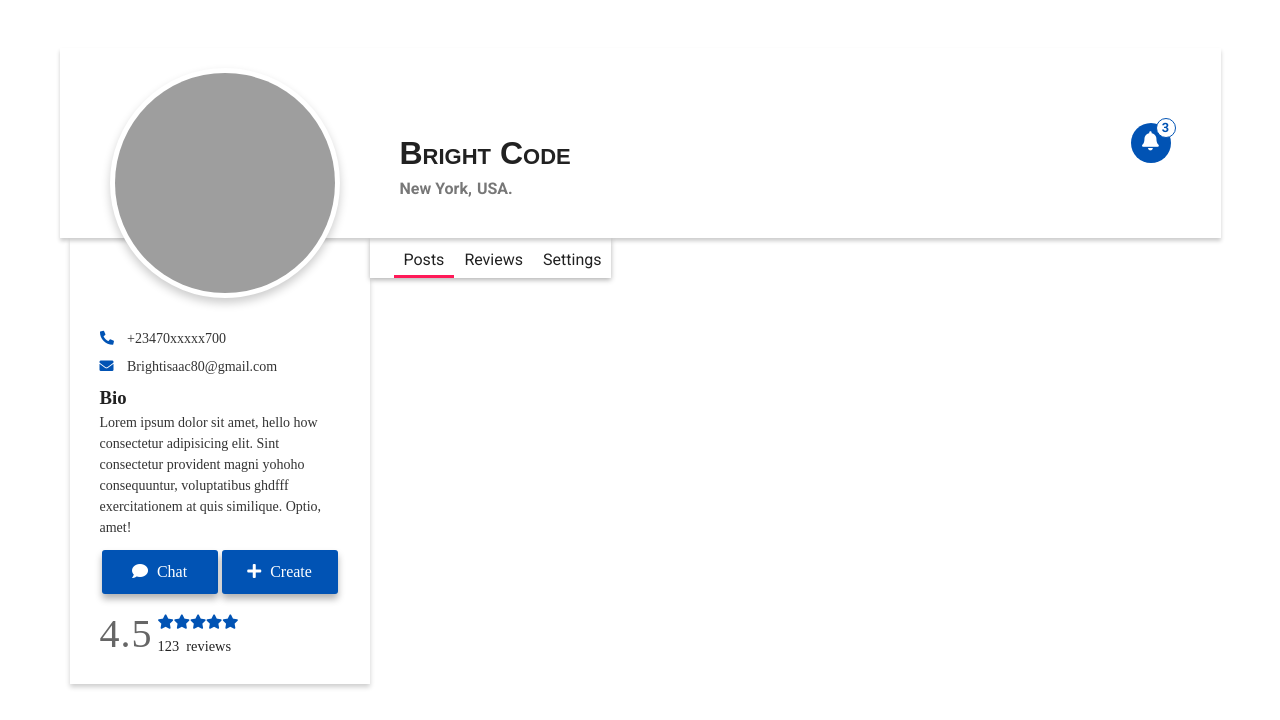
Repository: akinsikuoluwafemi/Pats_userAuth
Page: /userinfo
The author's editor kept a copy of each file at every save. The page is drawn from the files as they stood at one save, then again after the next save.
The browser window is 1280 px wide. The pictures show the whole page.
Pictures or frames that could not be fetched are drawn as grey boxes. The project was rebuilt for these pictures with package versions that can differ from the ones it lists, and the page was loaded fresh each time. Also part of the build but not shown: vue.config.js, src/views/Home.vue, src/components/Login.vue, src/components/Signup.vue.

Above is the page before, as saved 2020-11-05 01:49:20.

### src/App.vue
<template>
  <v-app>


    <v-main>
      <router-view></router-view>
    </v-main>
  </v-app>
</template>

<script>

export default {
  name: 'App',

  components: {

},

  data: () => ({
    //
  }),
};
</script>

### src/router/index.js
import Vue from 'vue'
import VueRouter from 'vue-router'
import Home from '../views/Home.vue'
import Login from '../components/Login.vue'
import Signup from "../components/Signup.vue";
import UserInfo from "../components/UserInfo.vue";


Vue.use(VueRouter)

const routes = [
  {
    path: "/",
    name: "Home",
    component: Home,
  },
  {
    path: "/login",
    name: "Login",
    component: Login,
  },

  {
    path: "/signup",
    name: "Signup",
    component: Signup,
  },

  {
    path: "/userinfo",
    name: "Userinfo",
    component: UserInfo,
  },
  {
    path: "/about",
    name: "About",
    // route level code-splitting
    // this generates a separate chunk (about.[hash].js) for this route
    // which is lazy-loaded when the route is visited.
    component: () =>
      import(/* webpackChunkName: "about" */ "../views/About.vue"),
  },
];

const router = new VueRouter({
  mode: 'history',
  base: process.env.BASE_URL,
  routes
})

export default router

### src/plugins/vuetify.js
import "@fortawesome/fontawesome-free/css/all.css"
import 'material-design-icons-iconfont/dist/material-design-icons.css'
import Vue from 'vue';
import Vuetify from 'vuetify/lib';

Vue.use(Vuetify);

export default new Vuetify({
    icons: {
        iconfont: 'md' || 'fa'
    }
});

### src/components/UserInfo.vue
<template>
    <div class="container">

    <v-btn rounded outlined="" dark @click="step++">
        Logout
    </v-btn>


  <div class="profile-header">
    <div class="profile-img">
      <img src="https://images.unsplash.com/photo-1486312338219-ce68d2c6f44d?ixlib=rb-1.2.1&ixid=eyJhcHBfaWQiOjEyMDd9&auto=format&fit=crop&w=1352&q=80" width="200" alt="Profile Image">
    </div>
    <div class="profile-nav-info">
      <h3 class="user-name">Bright Code</h3>
      <div class="address">
        <p id="state" class="state">New York,</p>
        <span id="country" class="country">USA.</span>

      </div>

    </div>
    <div class="profile-option">
      <div class="notification">
        <i class="fa fa-bell"></i>
        <span class="alert-message">3</span>
      </div>
    </div>



  </div>

  <div class="main-bd">
    <div class="left-side">
      <div class="profile-side">
        <p class="mobile-no"><i class="fa fa-phone"></i> +23470xxxxx700</p>
        <p class="user-mail"><i class="fa fa-envelope"></i> Brightisaac80@gmail.com</p>
        <div class="user-bio">
          <h3>Bio</h3>
          <p class="bio">
            Lorem ipsum dolor sit amet, hello how consectetur adipisicing elit. Sint consectetur provident magni yohoho consequuntur, voluptatibus ghdfff exercitationem at quis similique. Optio, amet!
          </p>
        </div>
        <div class="profile-btn">
          <button class="chatbtn" id="chatBtn"><i class="fa fa-comment"></i> Chat</button>
          <button class="createbtn" id="Create-post"><i class="fa fa-plus"></i> Create</button>
        </div>
        <div class="user-rating">
          <h3 class="rating">4.5</h3>
          <div class="rate">
            <div class="star-outer">
              <div class="star-inner">
                <i class="fa fa-star"></i>
                <i class="fa fa-star"></i>
                <i class="fa fa-star"></i>
                <i class="fa fa-star"></i>
                <i class="fa fa-star"></i>
              </div>
            </div>
            <span class="no-of-user-rate"><span>123</span>&nbsp;&nbsp;reviews</span>

          </div>

        </div>
      </div>

    </div>
    <div class="right-side">

      <div class="nav">
        <ul>
          <li onclick="tabs(0)" class="user-post active">Posts</li>
          <li onclick="tabs(1)" class="user-review">Reviews</li>
          <li onclick="tabs(2)" class="user-setting"> Settings</li>

        </ul>
      </div>
      <div class="profile-body">
        <div class="profile-posts tab">
          <h1>Your Post</h1>
          <p>Lorem ipsum dolor sit amet, consectetur adipisicing elit. Ipsa quia sunt itaque ut libero cupiditate ullam qui velit laborum placeat doloribus, non tempore nisi ratione error rem minima ducimus. Accusamus adipisci quasi at itaque repellat sed
            magni eius magnam repellendus. Quidem inventore repudiandae sunt odit. Aliquid facilis fugiat earum ex officia eveniet, nisi, similique ad ullam repudiandae molestias aspernatur qui autem, nam? Cupiditate ut quasi iste, eos perspiciatis maiores
            molestiae.</p>
        </div>
        <div class="profile-reviews tab">
          <h1>User reviews</h1>
          <p>Lorem ipsum dolor sit amet, consectetur adipisicing elit. Aliquam pariatur officia, aperiam quidem quasi, tenetur molestiae. Architecto mollitia laborum possimus iste esse. Perferendis tempora consectetur, quae qui nihil voluptas. Maiores debitis
            repellendus excepturi quisquam temporibus quam nobis voluptatem, reiciendis distinctio deserunt vitae! Maxime provident, distinctio animi commodi nemo, eveniet fugit porro quos nesciunt quidem a, corporis nisi dolorum minus sit eaque error
            sequi ullam. Quidem ut fugiat, praesentium velit aliquam!</p>
        </div>
        <div class="profile-settings tab">
          <div class="account-setting">
            <h1>Acount Setting</h1>
            <p>Lorem ipsum dolor sit amet, consectetur adipisicing elit. Reprehenderit omnis eaque, expedita nostrum, facere libero provident laudantium. Quis, hic doloribus! Laboriosam nemo tempora praesentium. Culpa quo velit omnis, debitis maxime, sequi
              animi dolores commodi odio placeat, magnam, cupiditate facilis impedit veniam? Soluta aliquam excepturi illum natus adipisci ipsum quo, voluptatem, nemo, commodi, molestiae doloribus magni et. Cum, saepe enim quam voluptatum vel debitis
              nihil, recusandae, omnis officiis tenetur, ullam rerum.</p>
          </div>
        </div>
      </div>
    </div>
  </div>
</div>

</template>


<style scoped>

.profile-header { background: #fff; width: 100%; display: flex; height: 190px;
position: relative; box-shadow: 0px 3px 4px rgba(0, 0, 0, 0.2); } .profile-img {
float: left; width: 340px; height: 200px; } .profile-img img { border-radius:
50%; height: 230px; width: 230px; border: 5px solid #fff; box-shadow: 0px 5px
10px rgba(0, 0, 0, 0.2); position: absolute; left: 50px; top: 20px; z-index: 5;
background: #fff; } .profile-nav-info { float: left; display: flex;
flex-direction: column; justify-content: center; padding-top: 60px; }
.profile-nav-info h3 { font-variant: small-caps; font-size: 2rem; font-family:
sans-serif; font-weight: bold; } .profile-nav-info .address { display: flex;
font-weight: bold; color: #777; } .profile-nav-info .address p { margin-right:
5px; } .profile-option { width: 40px; height: 40px; position: absolute; right:
50px; top: 50%; transform: translateY(-50%); border-radius: 50%; display: flex;
justify-content: center; align-items: center; cursor: pointer; transition: all
0.5s ease-in-out; outline: none; background: #0153B4; } .profile-option:hover {
background: #fff; border: 1px solid #0153B4; } .profile-option:hover
.notification i { color: #0153B4; } .profile-option:hover span { background:
#0153B4; } .profile-option .notification i { color: #fff; font-size: 1.2rem;
transition: all 0.5s ease-in-out; } .profile-option .notification .alert-message
{ position: absolute; top: -5px; right: -5px; background: #fff; color: #0153B4;
border: 1px solid #0153B4; padding: 5px; border-radius: 50%; height: 20px;
width: 20px; display: flex; justify-content: center; align-items: center;
font-size: 0.8rem; font-weight: bold; } .main-bd { width: 100%; display: flex;
padding-right: 15px; } .profile-side { width: 300px; background: #fff;
box-shadow: 0px 3px 5px rgba(0, 0, 0, 0.2); padding: 90px 30px 20px;
font-family: "Bree Serif", serif; margin-left: 10px; z-index: 99; }
.profile-side p { margin-bottom: 7px; color: #333; font-size: 14px; }
.profile-side p i { color: #0153B4; margin-right: 10px; } .mobile-no i {
transform: rotateY(180deg); color: #0153B4; } .profile-btn { display: flex; }
button.chatbtn, button.createbtn { border: 0; padding: 10px; width: 100%;
border-radius: 3px; background: #0153B4; color: #fff; font-family: "Bree Serif";
font-size: 1rem; margin: 5px 2px; cursor: pointer; outline: none; margin-bottom:
10px; transition: background 0.3s ease-in-out; box-shadow: 0px 5px 7px 0px
rgba(0, 0, 0, 0.3); } button.chatbtn:hover, button.createbtn:hover { background:
rgba(288, 0, 70, 0.9); } button.chatbtn i, button.createbtn i { margin-right:
5px; } .user-rating { display: flex; } .user-rating h3 { font-size: 2.5rem;
font-weight: 200; margin-right: 5px; letter-spacing: 1px; color: #666; }
.user-rating .no-of-user-rate { font-size: 0.9rem; } .rate { padding-top: 6px; }
.rate i { font-size: 0.9rem; color: #0153B4
; } .nav { width: 100%;
z-index: -1; } .nav ul { display: flex; justify-content: space-around;
list-style-type: none; height: 40px; background: #fff; box-shadow: 0px 2px 5px
rgba(0, 0, 0, 0.3); } .nav ul li { padding: 10px; width: 100%; cursor: pointer;
text-align: center; transition: all 0.2s ease-in-out; } .nav ul li:hover, .nav
ul li.active { box-shadow: 0px -3px 0px rgba(288, 0, 70, 0.9) inset; }
.profile-body { width: 100%; z-index: -1; } .tab { display: none; } .tab {
padding: 20px; width: 100%; text-align: center; } @media (max-width: 1100px) {
.profile-side { width: 250px; padding: 90px 15px 20px; } .profile-img img {
height: 200px; width: 200px; left: 50px; top: 50px; } } @media (max-width:
900px) { body { margin: 0 20px; } .profile-header { display: flex; height: 100%;
flex-direction: column; text-align: center; padding-bottom: 20px; } .profile-img
{ float: left; width: 100%; height: 200px; } .profile-img img { position:
relative; height: 200px; width: 200px; left: 0px; } .profile-nav-info {
text-align: center; } .profile-option { right: 20px; top: 75%; transform:
translateY(50%); } .main-bd { flex-direction: column; padding-right: 0; }
.profile-side { width: 100%; text-align: center; padding: 20px; margin: 5px 0; }
.profile-nav-info .address { justify-content: center; } .user-rating {
justify-content: center; } } @media (max-width: 400px) { body { margin: ; }
.profile-option { width: 30px; height: 30px; position:
absolute; right: 15px; top: 83%; } .profile-option .notification .alert-message
{ top: -3px; right: -4px; padding: 4px; height: 15px; width: 15px; font-size:
0.7rem; } .profile-nav-info h3 { font-size: 1.9rem; } .profile-nav-info .address
p, .profile-nav-info .address span { font-size: 0.7rem; } } #see-more-bio,
#see-less-bio { color: blue; cursor: pointer; text-transform: lowercase; } .tab
h1 { font-family: "Bree Serif", sans-serif; display: flex; justify-content:
center; margin: 20px auto; }



</style>

Loaded but not shown: public/index.html (common file); src/main.js (common file)

After the next save:
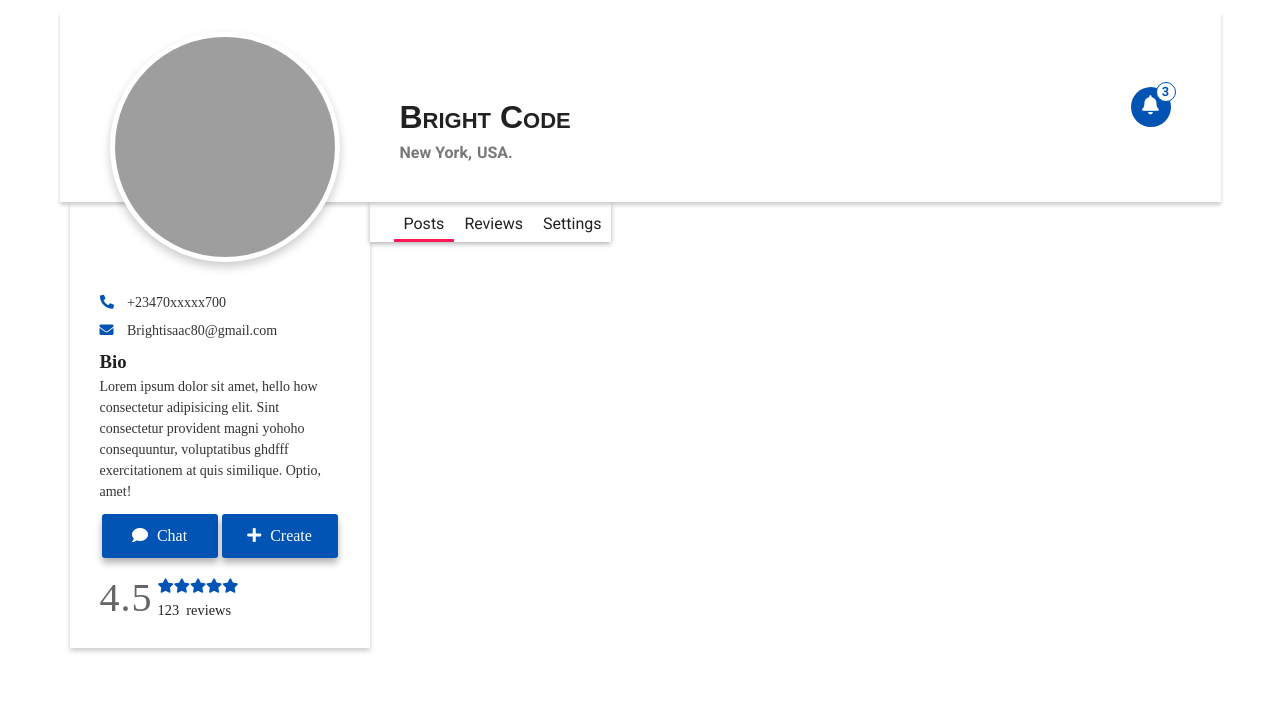
Saved 6 s later.
--- a/src/components/UserInfo.vue
+++ b/src/components/UserInfo.vue
@@ -1,9 +1,7 @@
 <template>
     <div class="container">
 
-    <v-btn rounded outlined="" dark @click="step++">
-        Logout
-    </v-btn>
+
 
 
   <div class="profile-header">

After the save that followed:
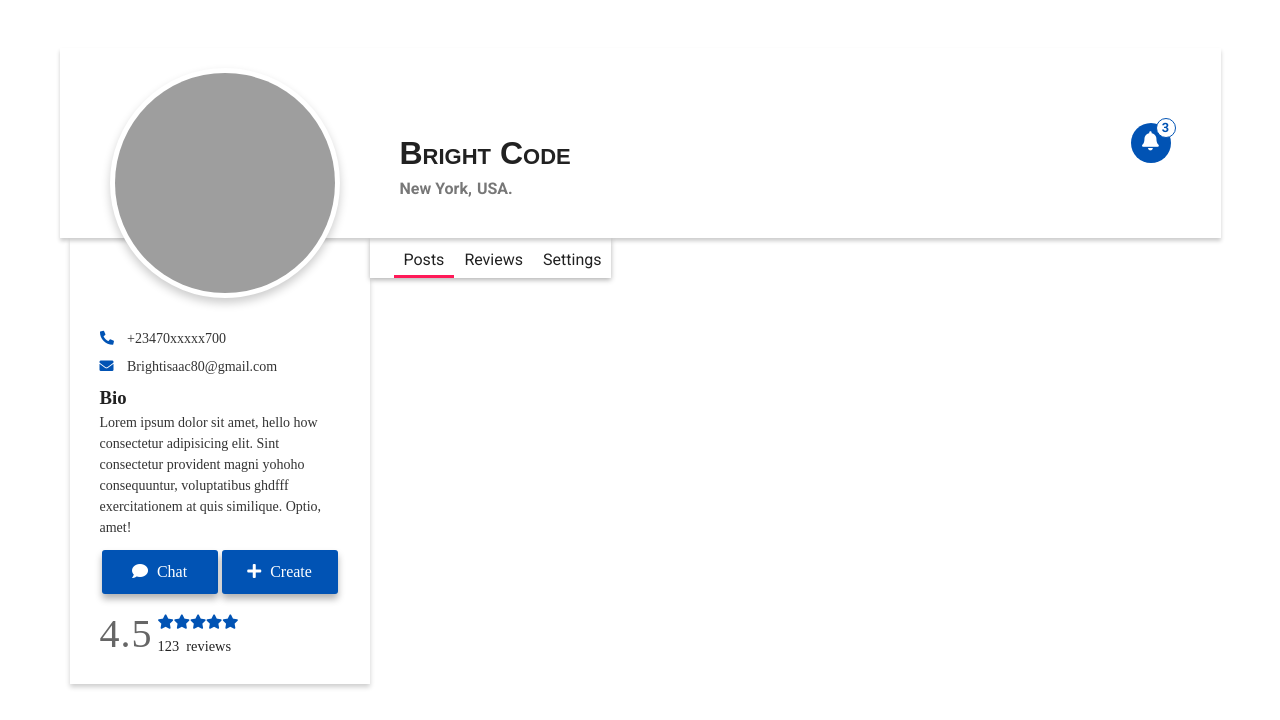
Saved 4 s later.
--- a/src/components/UserInfo.vue
+++ b/src/components/UserInfo.vue
@@ -1,6 +1,9 @@
 <template>
     <div class="container">
 
+  <v-btn rounded outlined="" dark @click="step++">
+        Logout
+    </v-btn>
 
 
 
